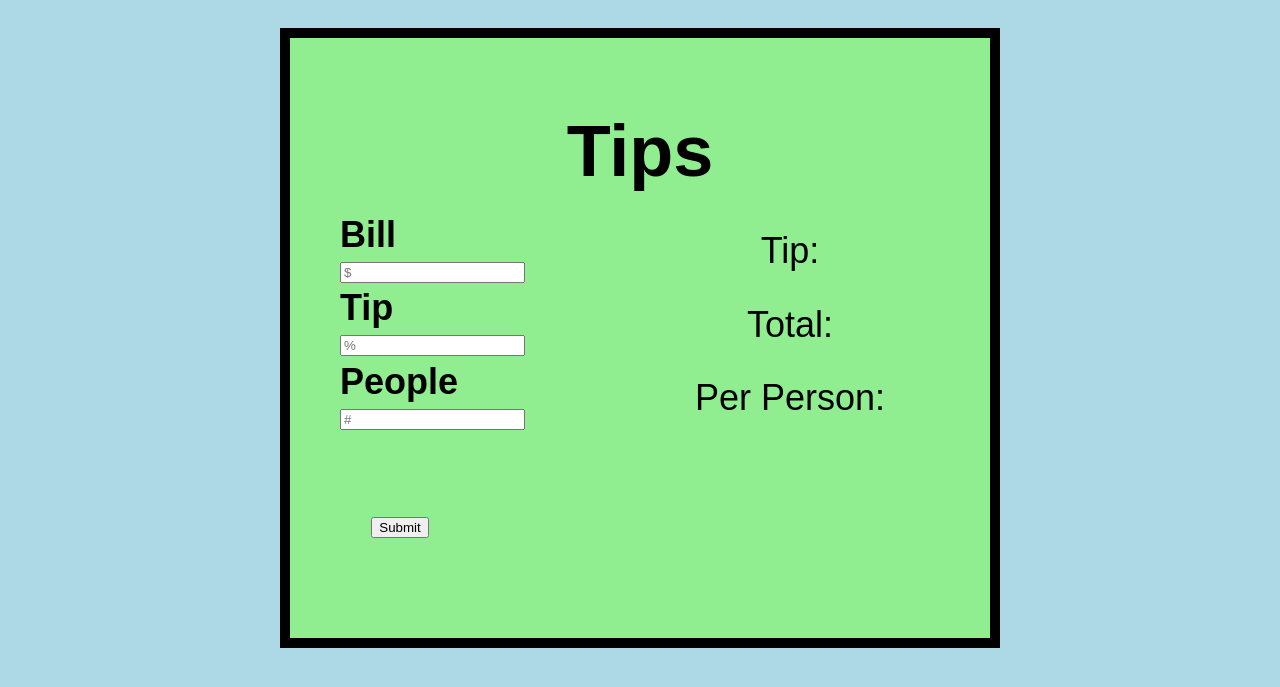
Repository: SamirIngley/Tip-Calculator
Page: tip_display.html
The author's editor kept a copy of each file at every save. The page is drawn from the files as they stood at one save, then again after the next save.
The browser window is 1280 px wide. The pictures show the whole page.

Above is the page before, as saved 2020-02-13 11:43:27.

After the next save:
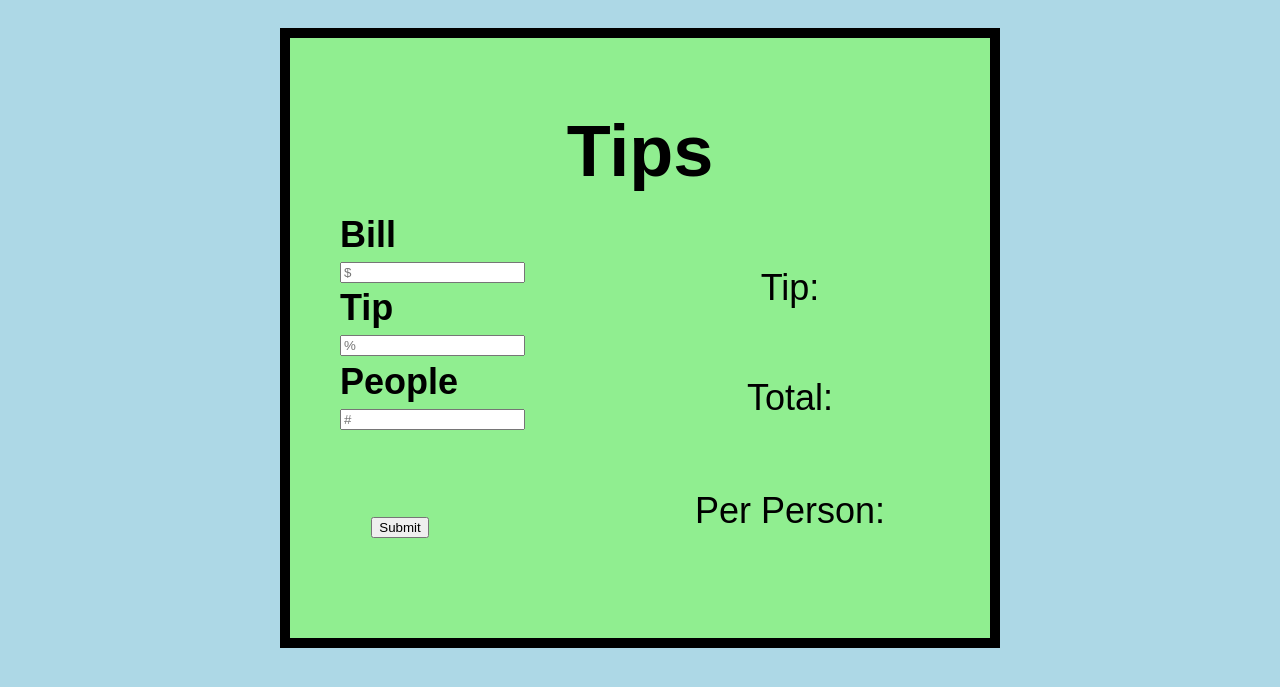
Saved 62 s later.
--- a/style.css
+++ b/style.css
@@ -14,9 +14,9 @@ body {
     grid-template-rows: repeat(5, 1fr);
     grid-template-areas: "h h"
                          "b d"
-                         "t y"
-                         "n p"
-                         "s ."
+                         "t d"
+                         "n y"
+                         "s p"
 
 }
 
